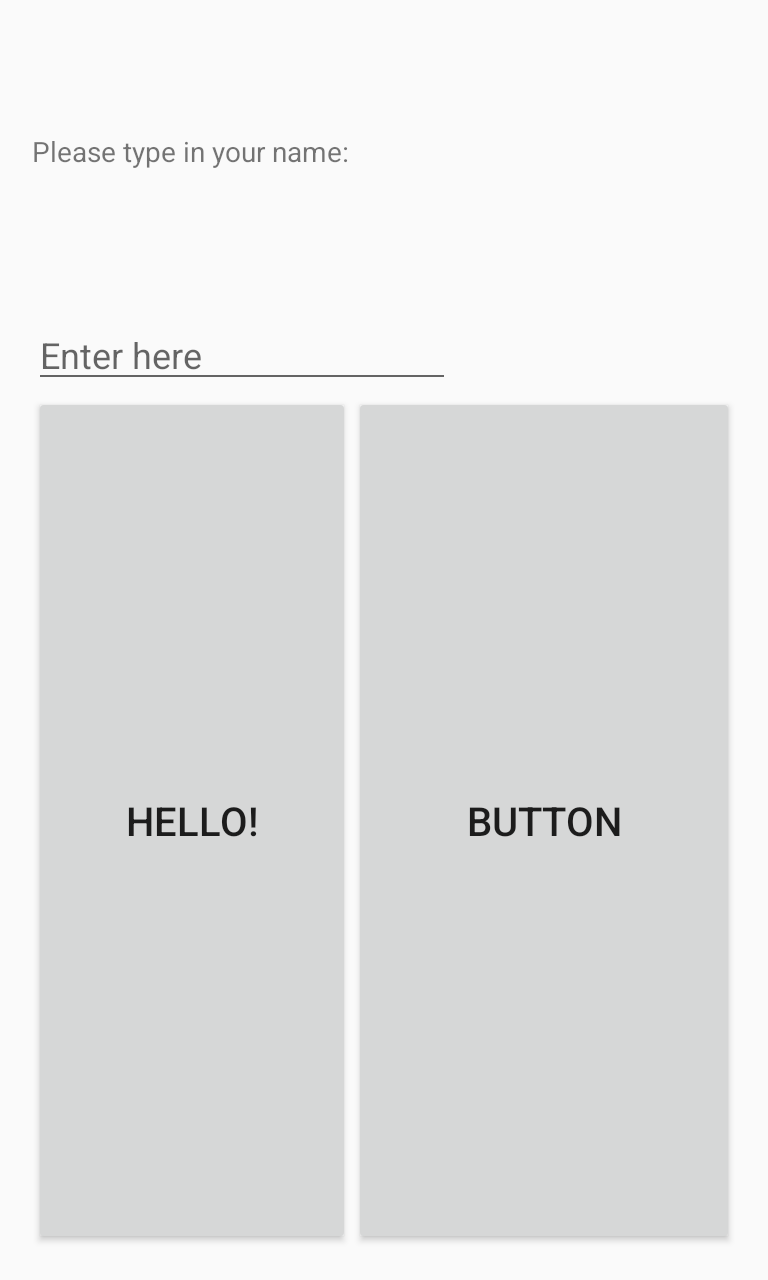
Repository: echolomaniac/HelloWorld
Layout: HelloWorld/res/layout/fragment_main.xml
An editor plug-in stored every save of this project. The layout is shown before and after the next save, followed by the edit.
It is drawn on a 768 x 1280 px phone screen (xhdpi) without system bars, with theme AppBaseTheme; the app's code is not run.

Above is the layout before, as saved 2014-05-06 05:53:12.

After the next save:
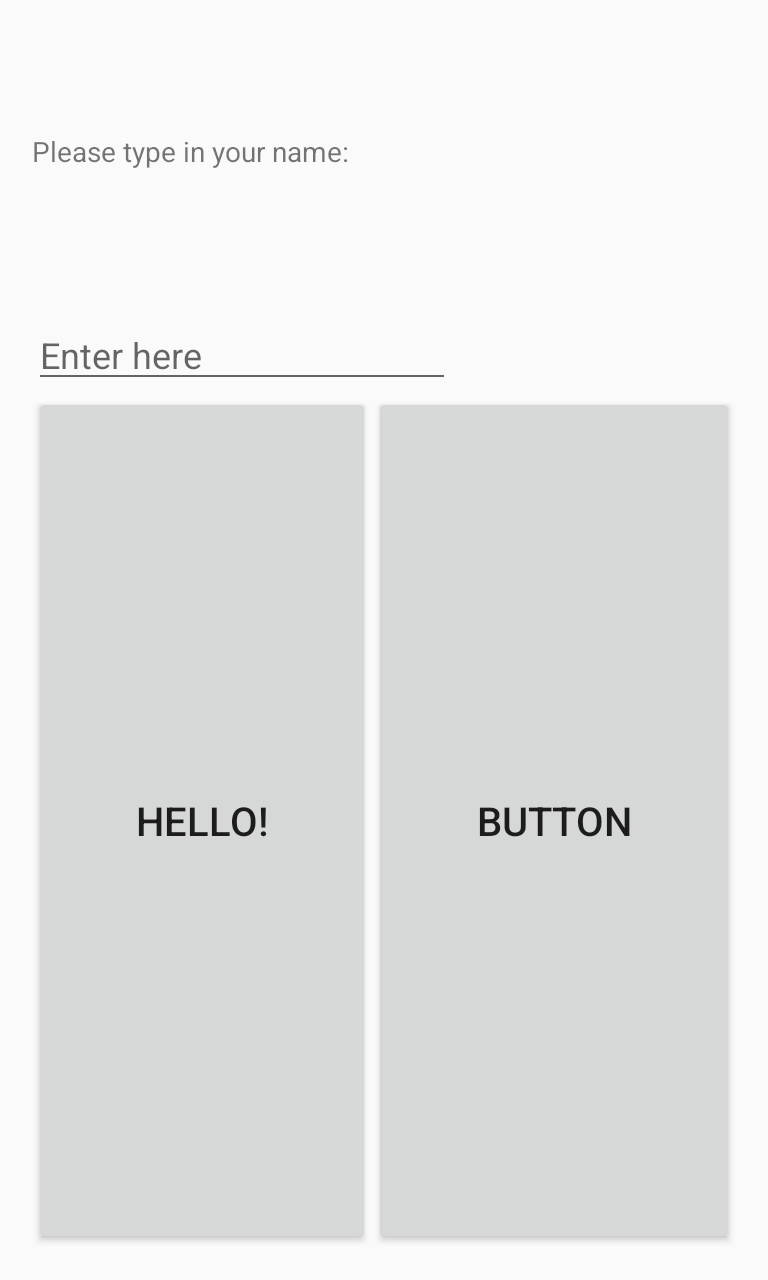
Saved 9 s later.
--- a/HelloWorld/res/layout/fragment_main.xml
+++ b/HelloWorld/res/layout/fragment_main.xml
@@ -37,7 +37,7 @@
 
             <Button
                 android:id="@+id/button1"
-                android:layout_width="160dp"
+                android:layout_width="170dp"
                 android:layout_height="match_parent"
                 android:text="@string/hello_button"
                 android:textSize="20sp" />
